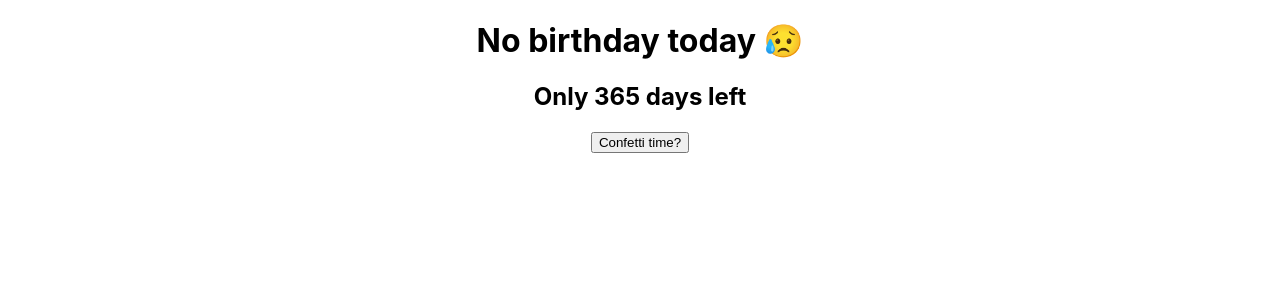
Repository: David-Waite/HannahsBirthdayWebsite
Page: /
The author's editor kept a copy of each file at every save. The page is drawn from the files as they stood at one save, then again after the next save.
The browser window is 1280 px wide. The pictures show the whole page.
The project was rebuilt for these pictures with package versions that can differ from the ones it lists, and the page was loaded fresh each time.

Above is the page before, as saved 2023-03-30 18:10:34.

### src/App.js
import "./App.css";

import Confetti from "react-confetti";

import { useState } from "react";

function App() {
  const [confetti, setConfetti] = useState(null);
  const [buttonText, setButtonText] = useState("Confetti time?");
  function isBirthdayToday() {
    const date = new Date();
    if (date.getMonth() === 3 && date.getDate() === 5) {
      return true;
    }
    return false;
  }

  function rainConfetti() {
    if (isBirthdayToday()) {
      setConfetti(true);
      setButtonText("Confetti time!");
    } else {
      setButtonText("no");
    }
  }

  function getDaysUntilBirthday() {
    const date = new Date();
    const hannahBday = new Date(date.getFullYear(), 2, 29);
    const hannahBdayNextYear = new Date(date.getFullYear() + 1, 2, 30);
    const oneDay = 1000 * 60 * 60 * 24;

    let daysUntilBirthday;
    if (hannahBday < date) {
      daysUntilBirthday =
        Math.ceil(hannahBdayNextYear.getTime() - date.getTime()) / oneDay;
    } else {
      daysUntilBirthday =
        Math.ceil(hannahBday.getTime() - date.getTime()) / oneDay;
    }

    return daysUntilBirthday;
  }

  // 5th april
  let birthdayText;
  if (isBirthdayToday()) {
    birthdayText = <h1>Happy birthday!🥳</h1>;
  } else {
    birthdayText = (
      <>
        <h1>No birthday today 😥</h1>
        <h2>Only {Math.floor(getDaysUntilBirthday())} days left</h2>
      </>
    );
  }
  console.log(isBirthdayToday());
  const date = new Date();

  return (
    <div className="App">
      {confetti && <Confetti />}

      {birthdayText}
      <button onClick={rainConfetti}>{buttonText}</button>
    </div>
  );
}

export default App;

Loaded but not shown: public/index.html (common file); src/index.js (common file); src/index.css (common file); src/reportWebVitals.js (common file); src/App.css (common file)

After the next save:
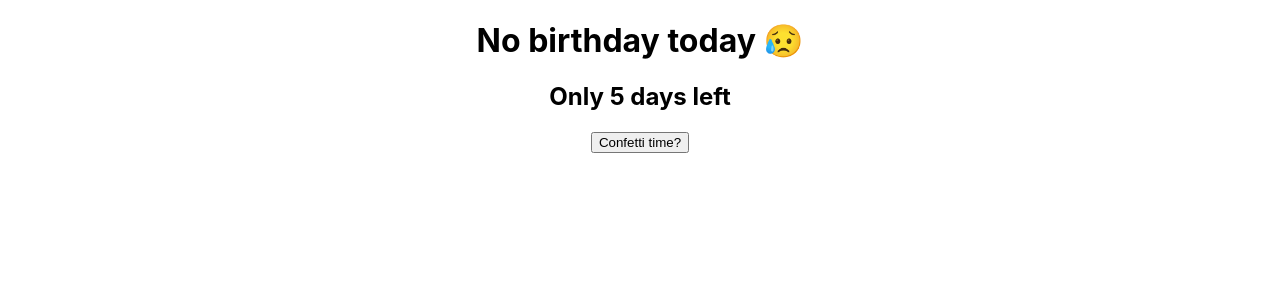
Saved 19 s later.
--- a/src/App.js
+++ b/src/App.js
@@ -26,8 +26,8 @@ function App() {
 
   function getDaysUntilBirthday() {
     const date = new Date();
-    const hannahBday = new Date(date.getFullYear(), 2, 29);
-    const hannahBdayNextYear = new Date(date.getFullYear() + 1, 2, 30);
+    const hannahBday = new Date(date.getFullYear(), 3, 5);
+    const hannahBdayNextYear = new Date(date.getFullYear() + 1, 3, 5);
     const oneDay = 1000 * 60 * 60 * 24;
 
     let daysUntilBirthday;
